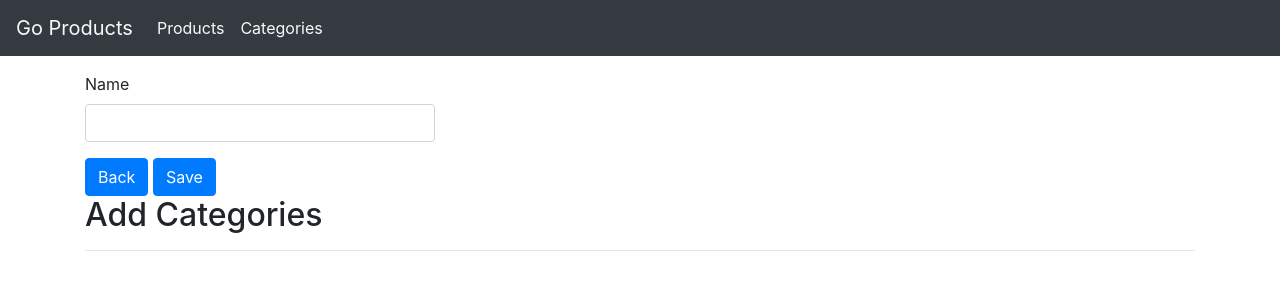
Repository: Nouthemoran/go-web-native-crud
Page: views/category/create.html
An editor plug-in stored every save of this project. The page is shown before and after a run of saves, followed by the edit.
The browser window is 1280 px wide. The pictures show the whole page.

Above is the page before, as saved 2023-10-05 16:10:01.

### views/category/create.html
<!doctype html>
<html lang="en">
  <head>
    <!-- Required meta tags -->
    <meta charset="utf-8">
    <meta name="viewport" content="width=device-width, initial-scale=1, shrink-to-fit=no">

    <!-- Bootstrap CSS -->
    <link rel="stylesheet" href="https://cdn.jsdelivr.net/npm/bootstrap@4.3.1/dist/css/bootstrap.min.css" integrity="sha384-ggOyR0iXCbMQv3Xipma34MD+dH/1fQ784/j6cY/iJTQUOhcWr7x9JvoRxT2MZw1T" crossorigin="anonymous">

    <title>golang project</title>
  </head>
  <body>
    <!-- Navbar -->
    <nav class="navbar navbar-expand-lg bg-dark">
        <a class="navbar-brand text-light" href="#">Go Products</a>
        <button class="navbar-toggler" type="button" data-toggle="collapse" data-target="#navbarNav" aria-controls="navbarNav" aria-expanded="false" aria-label="Toggle navigation">
          <span class="navbar-toggler-icon"></span>
        </button>
        <div class="collapse navbar-collapse" id="navbarNav">
          <ul class="navbar-nav ms-auto">
            <li class="nav-item active">
              <a class="nav-link text-light" href="/products">Products<span class="sr-only">(current)</span></a>
            </li>
            <li class="nav-item">
              <a class="nav-link text-light" href="/categories">Categories</a>
            </li>
          </ul>
        </div>
      </nav>
    <!-- End of Navbar -->

    <div class="container mt-3">
        <div class="row">
            <div class="col-4">
                <form action="/categories/create" method="POST">
                    <div class="form-group">
                        <label>Name</label>
                        <input type="text" class="form-control" name="name" autocomplete="off">

                      </div>
                      <div class="float-end">
                        <a href="/categories" class="btn btn-primary">Back</a>
                        <button class="btn btn-primary">Save</button>
                      </div>
                </form>
            </div>
        </div>
        <h2>Add Categories</h2>
        <hr>

    </div>

    <!-- Optional JavaScript -->
    <!-- jQuery first, then Popper.js, then Bootstrap JS -->
    <script src="https://code.jquery.com/jquery-3.3.1.slim.min.js" integrity="sha384-q8i/X+965DzO0rT7abK41JStQIAqVgRVzpbzo5smXKp4YfRvH+8abtTE1Pi6jizo" crossorigin="anonymous"></script>
    <script src="https://cdn.jsdelivr.net/npm/popper.js@1.14.7/dist/umd/popper.min.js" integrity="sha384-UO2eT0CpHqdSJQ6hJty5KVphtPhzWj9WO1clHTMGa3JDZwrnQq4sF86dIHNDz0W1" crossorigin="anonymous"></script>
    <script src="https://cdn.jsdelivr.net/npm/bootstrap@4.3.1/dist/js/bootstrap.min.js" integrity="sha384-JjSmVgyd0p3pXB1rRibZUAYoIIy6OrQ6VrjIEaFf/nJGzIxFDsf4x0xIM+B07jRM" crossorigin="anonymous"></script>
  </body>
</html>

After the next 2 saves:
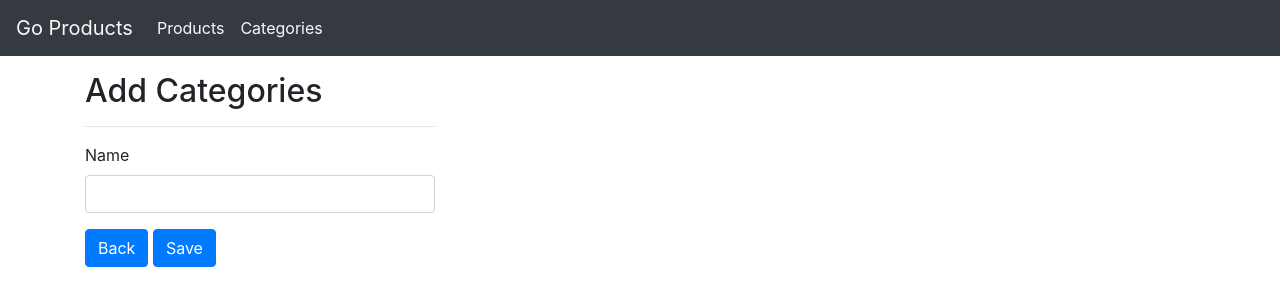
The 2 saves are shown as one change because they came seconds apart.
The last was saved 15 s later.
--- a/views/category/create.html
+++ b/views/category/create.html
@@ -33,6 +33,8 @@
     <div class="container mt-3">
         <div class="row">
             <div class="col-4">
+                <h2>Add Categories</h2>
+                <hr>
                 <form action="/categories/create" method="POST">
                     <div class="form-group">
                         <label>Name</label>
@@ -46,8 +48,6 @@
                 </form>
             </div>
         </div>
-        <h2>Add Categories</h2>
-        <hr>
 
     </div>
 
